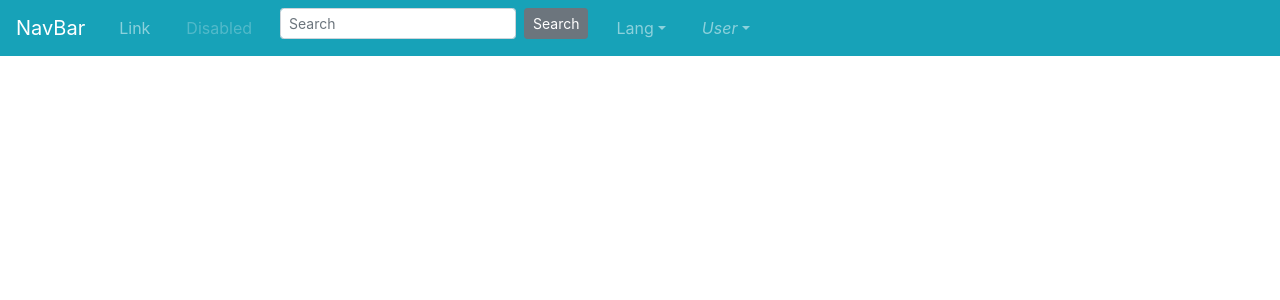
Repository: Funnyrz/vue-nav
Page: /
The author's editor kept a copy of each file at every save. The page is drawn from the files as they stood at one save, then again after the next save.
The browser window is 1280 px wide. The pictures show the whole page.
The project was rebuilt for these pictures with package versions that can differ from the ones it lists, and the page was loaded fresh each time.

Above is the page before, as saved 2020-08-24 22:39:59.

### public/index.html
<!DOCTYPE html>
<html lang="en">
  <head>
    <meta charset="utf-8">
    <meta http-equiv="X-UA-Compatible" content="IE=edge">
    <meta name="viewport" content="width=device-width,initial-scale=1.0">
    <link rel="icon" href="<%= BASE_URL %>favicon.ico">
    <title>vue-pic</title>
  </head>
  <body>
    <noscript>
      <strong>We're sorry but vue-pic doesn't work properly without JavaScript enabled. Please enable it to continue.</strong>
    </noscript>
    <div id="app"></div>
    <!-- built files will be auto injected -->
  </body>
</html>

### src/main.js
import Vue from 'vue'
import App from './App.vue'
import 'bootstrap/dist/css/bootstrap.css'
import 'bootstrap-vue/dist/bootstrap-vue.css'
import BootstrapVue from 'bootstrap-vue'
// ES Modules syntax

// require syntax

Vue.use(BootstrapVue)
Vue.config.productionTip = false

new Vue({
  render: h => h(App),
}).$mount('#app')

### src/App.vue
<template>
  <div id="app">
    <HelloWorld msg="Welcome to Your Vue.js App" />
  </div>
</template>

<script>
import HelloWorld from "./components/HelloWorld.vue";

export default {
  name: "app",
  components: {
    HelloWorld
  }
};
</script>

<style>
</style>

### src/components/HelloWorld.vue
<template>
  <div class="hello">
    <div>
      <b-navbar toggleable="lg" type="dark" variant="info">
        <b-navbar-brand href="#">NavBar</b-navbar-brand>

        <b-navbar-toggle target="nav-collapse"></b-navbar-toggle>
        <b-container fluid="sm">
          <b-collapse id="nav-collapse" is-nav>
            <b-navbar-nav>
              <b-nav-item href="#">Link</b-nav-item>
              <b-nav-item href="#" disabled>Disabled</b-nav-item>
            </b-navbar-nav>

            <!-- Right aligned nav items -->
            <b-navbar-nav class="ml-auto">
              <b-nav-form>
                <b-form-input size="sm" class="mr-sm-2" placeholder="Search"></b-form-input>
                <b-button size="sm" class="my-2 my-sm-0" type="submit">Search</b-button>
              </b-nav-form>

              <b-nav-item-dropdown text="Lang" right>
                <b-dropdown-item href="#">EN</b-dropdown-item>
                <b-dropdown-item href="#">ES</b-dropdown-item>
                <b-dropdown-item href="#">RU</b-dropdown-item>
                <b-dropdown-item href="#">FA</b-dropdown-item>
              </b-nav-item-dropdown>

              <b-nav-item-dropdown right>
                <!-- Using 'button-content' slot -->
                <template v-slot:button-content>
                  <em>User</em>
                </template>
                <b-dropdown-item href="#">Profile</b-dropdown-item>
                <b-dropdown-item href="#">Sign Out</b-dropdown-item>
              </b-nav-item-dropdown>
            </b-navbar-nav>
          </b-collapse>
        </b-container>
      </b-navbar>
    </div>
  </div>
</template>

<script>
export default {
  name: "HelloWorld",
  props: {
    msg: String
  },
  mounted() {}
};
</script>

<!-- Add "scoped" attribute to limit CSS to this component only -->
<style scoped>
h3 {
  margin: 40px 0 0;
}
ul {
  list-style-type: none;
  padding: 0;
}
li {
  display: inline-block;
  margin: 0 10px;
}
a {
  color: #42b983;
}
</style>

After the next save:
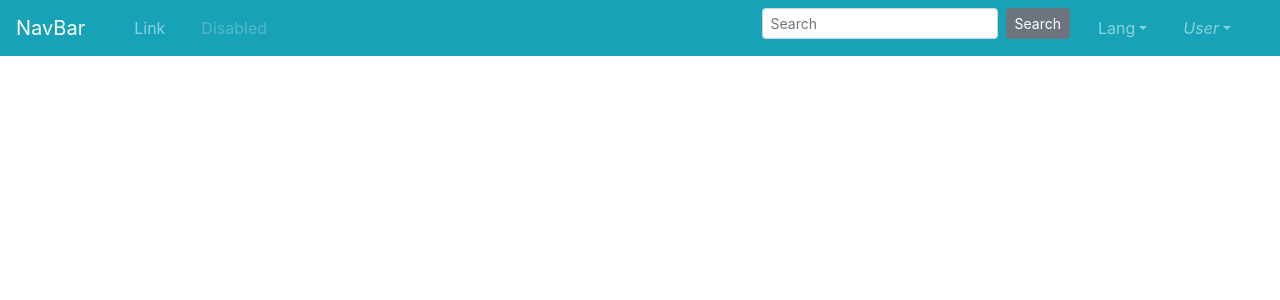
Saved 8 s later.
--- a/src/components/HelloWorld.vue
+++ b/src/components/HelloWorld.vue
@@ -5,7 +5,7 @@
         <b-navbar-brand href="#">NavBar</b-navbar-brand>
 
         <b-navbar-toggle target="nav-collapse"></b-navbar-toggle>
-        <b-container fluid="sm">
+        <b-container fluid>
           <b-collapse id="nav-collapse" is-nav>
             <b-navbar-nav>
               <b-nav-item href="#">Link</b-nav-item>
